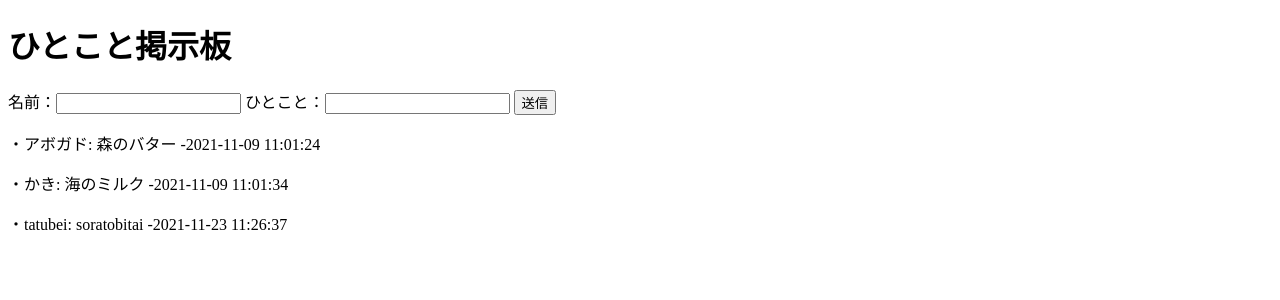
Repository: tppei/PHP
Page: http://localhost/htdocs/bbs.php
The author's editor kept a record of every edit. The page is drawn from the files as they stood at one moment, then again after the next edit.
The browser window is 1280 px wide. The pictures show the whole page.
The page is run by PHP 8.4 with error messages shown; the project is at /var/www/html/.

Above is the page before.

### htdocs/bbs.php
<?php
$filename = "./bbs.txt";
$comment = "";
$name = "";
$date = date('Y-m-d H:i:s');

    if ($_SERVER['REQUEST_METHOD'] === 'POST'){

         if(isset($_POST['name'])){
            if(mb_strlen($_POST['name']) <= 20 && mb_strlen($_POST['name']) != 0){
                $name = $_POST['name'];
            }else if(mb_strlen($_POST['name']) > 20){
                $error_name = "!!名前は文字数を20文字以下にしてください!!"."\n";
                print $error_name;
            }else if(mb_strlen($_POST['name']) === 0){
                $error_noname ="!!名前を入力してください!!"."\n";
                print $error_noname;
            }
        }

        if(isset($_POST['hitokoto'])){

            if(mb_strlen($_POST['hitokoto']) <= 100 && mb_strlen($_POST['hitokoto']) != 0){
                $comment = $_POST['hitokoto'];
            }else if(mb_strlen($_POST['hitokoto']) > 100 ){
                $error_comment = "!!コメントは文字数を100文字以下にしてください!!"."\n";
                print $error_comment;
            }else if(mb_strlen($_POST['hitokoto']) === 0){
                $error_nocomment = "!!コメントを入力してください!!"."\n";
                print $error_nocomment;
            }
        }


    }

    if($comment && $name){
        $hatugen = $name.":"."\t".$comment."\t".'-'.$date."\n";
        $fp = fopen($filename,'a');
            if($fp){
                if(!fwrite($fp,$hatugen)){
                print 'ファイル書き込み失敗: ';
                }
            fclose($fp);
            }
    }

$data =[];

    if(is_readable($filename)){
        $fp = fopen($filename,"r");
        if($fp){
            while(($tmp=fgets($fp))){
              $data[] = htmlspecialchars($tmp,ENT_QUOTES,"UTF-8");
            }
            fclose($fp);
        }
    }
?>

<!DOCTYPE html>
<html lang='ja'>
    <head>
        <meta charset="UTF-8">
        <title>ひとこと掲示板サイト</title>
    </head>
    <body>
        <h1>ひとこと掲示板</h1>
        <form method="post">
            <label for="name">名前：<input type="text" name="name"></label>
            <label for="hitokoto">ひとこと：<input type="text" name="hitokoto"></label>
            <input type="submit" value="送信">
        </form>
        <?php
            foreach ($data as $go) {
            print "<p>"."・".$go."</p>" ;
         }
         ?>
    </body>
</html>

### htdocs/bbs.txt
アボガド:	森のバター	-2021-11-09 11:01:24
かき:	海のミルク	-2021-11-09 11:01:34
tatubei:	soratobitai	-2021-11-23 11:26:37

After the next edit:
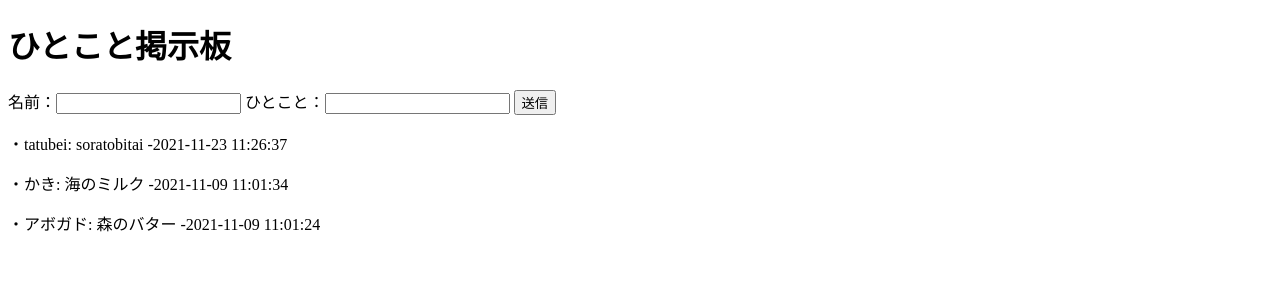
The edit:
--- a/htdocs/bbs.php
+++ b/htdocs/bbs.php
@@ -53,6 +53,8 @@
             while(($tmp=fgets($fp))){
               $data[] = htmlspecialchars($tmp,ENT_QUOTES,"UTF-8");
             }
+            // 配列の順番を逆にする
+            $data = array_reverse($data);
             fclose($fp);
         }
     }
